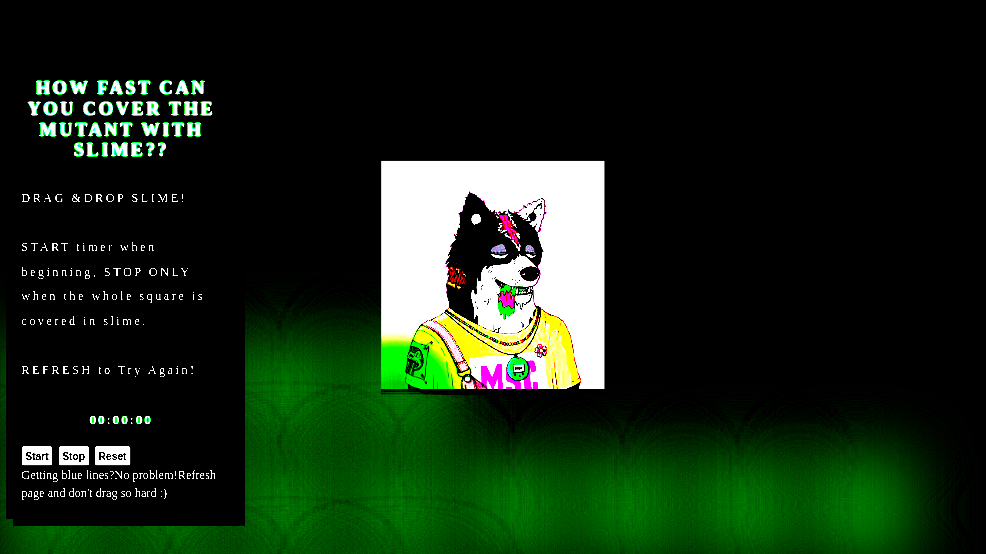
Repository: CSituma/MSCfanArt
Page: index.html
These files come from the project's save history. The page is drawn as it stood at one moment and after the next save; the edit follows.
The browser window is 1280 px wide. The pictures show the whole page, at 77% of full size.
Some web libraries are served in a nearby version.

Above is the page before, as saved 2022-02-18 05:05:56.

### index.html
<!DOCTYPE html>
<html lang="en">
  <head>
    <meta charset="UTF-8" />
    <meta name="viewport" content="width=device-width, initial-scale=1.0" />
    <link rel="stylesheet" href="style.css" />
    <title>COLOR THE MUTANT SHIBA</title>
  </head>
  <body>
    <section class="MSC_Squad">
      <div class="container">
        <div class="wrapper">
            <h2 class="glow">HOW FAST CAN YOU COVER THE MUTANT WITH SLIME??</h2>
            <p>DRAG &DROP SLIME!</p>
            <p>START timer when beginning, STOP  ONLY when the whole square is covered in slime.</p>
            <p>REFRESH to Try Again!</p>
            <p class="timer">
              <span class="mins">00</span>:<span class="seconds">00</span
              >:<span class="tens">00</span>
            </p>
            <br />
            <button class="btn-start">Start</button>
            <button class="btn-stop">Stop</button>
            <button class="btn-reset">Reset</button>
            <p class="disclaimer">Getting blue lines?No problem!Refresh page and don't drag so hard :)</p>
          </div>
        <div class="Alpha">
          <div class="Berry"> </div>
          <div class="Gaba"></div>
          <div class="LordSlabs"></div>
        </div>
        <div class="headmods">
          <div class="Vikingz"></div>
          <div class="cam"></div>
          <div class="Krmblnuggs"></div>
          <div class="shotguntobi"></div>
        </div>
        <div class="mods">
          <div class="Obo">

          </div>
          <div class="Shucks"></div>
          <div clas="Ali"></div>
          <div clas="cawee"></div>
          <div clas="cheese"></div>
          <div clas="Happy"></div>
          <div clas="Jake"></div>
          <div clas="Jpegg"></div>
          <div clas="Kishu"></div>
          <div clas="Noah"></div>
          <div clas="Smarter"></div>
          <div clas="Tia"></div>
        </div>
      </div>
    </section>
    <script src="https://code.jquery.com/jquery-3.5.1.js"></script>
    <script src="/script.js"></script>
    <script src="https://code.jquery.com/ui/1.12.1/jquery-ui.js"></script>
    <script>
      $(function () {
        $(".container div").draggable();
      });
    </script>
  </body>
</html>

### style.css
* {
    margin: 0;
    padding: 0;
    box-sizing: border-box;
}

body{
    background-color: black;
}
section {
    width: 100%;
    height: 100vh;

    display: flex;
    align-items: center;
    background: url('Images/MSC.JPG') center no-repeat;
    filter: contrast(10);
    overflow: hidden;
    justify-content: center;
}

 .headmods div, .mods div{
    width: 140px;
    filter: blur(40px);
    height: 140px;
    background: green;
    display: inline-block;
    border-bottom-left-radius: 50px;
    border:none;
    outline:none;
    animation: animate 30s ease-in-out infinite;
}

.wrapper{
    filter: none;
    z-index:10000;
    animation: animate 3s ease-in-out infinite;
    height:100%;
    position: relative;
    top:15rem;
    letter-spacing: 0.2rem;
    box-shadow: 10px 10px  black;
    background-color: black;
    color:white;
    width: 300px;

    padding:20px;
}

.wrapper button{

    padding:0.2rem;
    color: black;
    font-weight:bold;
}
.wrapper p{
line-height: 2rem;
    margin-top:2rem;
}

.wrapper .disclaimer{
margin-top: 0;
letter-spacing: 0;
line-height: 1.5rem;
}


@keyframes animate {

    0% {
        margin: 10px;
    }

    20% {
        margin: -10px;
    }
    40% {
        margin: -20px;
    }
    60% {
        margin: -30px;
    }
    80% {
        margin: -10px;
    }

    100% {
        margin: 10px;
    }

}
@keyframes animate {

    0% {
        margin: 0px;
    }

    50% {
        margin: 10px;
    }



    100% {
        margin: 0px;
    }

}


.glow, .timer{

    color: #fff;
    text-align: center;
    -webkit-animation: glow 1s ease-in-out infinite alternate;
    -moz-animation: glow 1s ease-in-out infinite alternate;
    animation: glow 1s ease-in-out infinite alternate;
  }

  @keyframes glow {
    from {
      text-shadow: 0 0 1px #fff, 0 0 2px #fff, 0 0 2.5px #00e660, 0 0 3px #e60073, 0 0 3.5px #e60073, 0 0 4px #00e660ee, 0 0 4.5px #08f36a;
    }
    to {
      text-shadow: 0 0 2px #fff, 0 0 3px #00e660a2, 0 0 3.5px #00e660, 0 0 4px #ff4da6, 0 0 4.5px #ff4da6, 0 0 5px #00e6609c, 0 0 5.5px #00e660;
    }
  }

.timer{
    color:pink;
}

/* /////RESPOSIVENES/// */

### script.js
let seconds = 00;
let tens = 00;
let mins = 00;
let getSeconds = document.querySelector(".seconds");
let getTens = document.querySelector(".tens");
let getMins = document.querySelector(".mins");
let btnStart = document.querySelector(".btn-start");
let btnStop = document.querySelector(".btn-stop");
let btnReset = document.querySelector(".btn-reset");
let interval;

btnStart.addEventListener("click", () => {
  clearInterval(interval);
  inverval = setInterval(startTimer, 10);
});
btnStop.addEventListener("click", () => {
  clearInterval(inverval);
});
btnReset.addEventListener("click", () => {
  clearInterval(inverval);
  tens = "00";
  seconds = "00";
  mins = "00";
  getSeconds.innerHTML = seconds;
  getTens.innerHTML = tens;
  getMins.innerHTML = mins;
});

function startTimer() {
  tens++;
  if (tens <= 9) {
    getTens.innerHTML = "0" + tens;
  }
  if (tens > 9) {
    getTens.innerHTML = tens;
  }
  if (tens > 99) {
    seconds++;
    getSeconds.innerHTML = "0" + seconds;
    tens = 0;
    getTens.innerHTML = "0" + 0;
  }
  if (seconds > 9) {
    getSeconds.innerHTML = seconds;
  }
  if (seconds > 59) {
    mins++;
    getMins.innerHTML = "0" + mins;
    seconds = 0;
    getSeconds.innerHTML = "0" + 0;
  }
  if (mins > 9) {
    getSeconds.innerHTML = mins;
  }
}

After the next save:
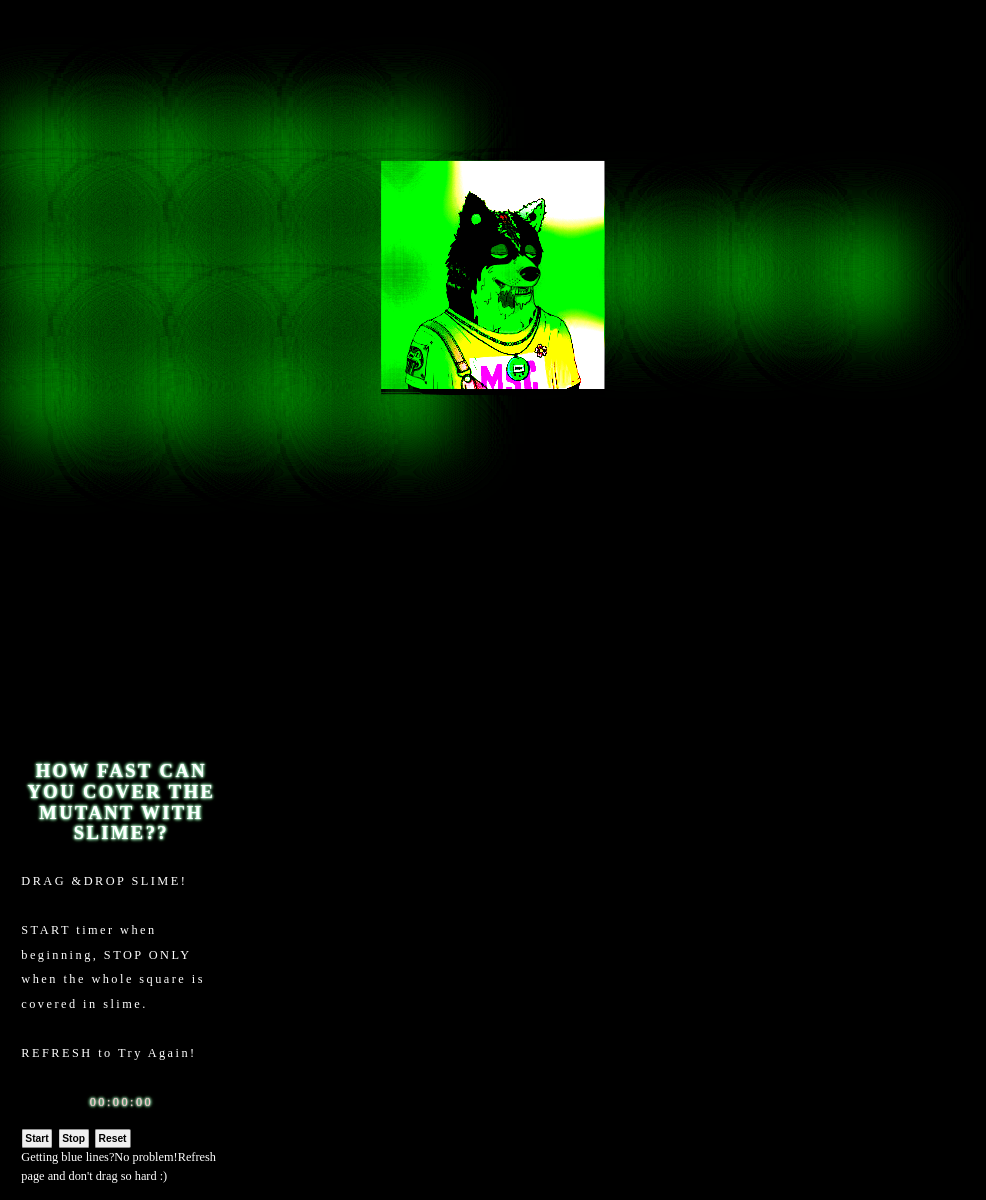
Saved 49 s later.
--- a/index.html
+++ b/index.html
@@ -9,21 +9,6 @@
   <body>
     <section class="MSC_Squad">
       <div class="container">
-        <div class="wrapper">
-            <h2 class="glow">HOW FAST CAN YOU COVER THE MUTANT WITH SLIME??</h2>
-            <p>DRAG &DROP SLIME!</p>
-            <p>START timer when beginning, STOP  ONLY when the whole square is covered in slime.</p>
-            <p>REFRESH to Try Again!</p>
-            <p class="timer">
-              <span class="mins">00</span>:<span class="seconds">00</span
-              >:<span class="tens">00</span>
-            </p>
-            <br />
-            <button class="btn-start">Start</button>
-            <button class="btn-stop">Stop</button>
-            <button class="btn-reset">Reset</button>
-            <p class="disclaimer">Getting blue lines?No problem!Refresh page and don't drag so hard :)</p>
-          </div>
         <div class="Alpha">
           <div class="Berry"> </div>
           <div class="Gaba"></div>
@@ -53,6 +38,21 @@
         </div>
       </div>
     </section>
+    <div class="wrapper">
+        <h2 class="glow">HOW FAST CAN YOU COVER THE MUTANT WITH SLIME??</h2>
+        <p>DRAG &DROP SLIME!</p>
+        <p>START timer when beginning, STOP  ONLY when the whole square is covered in slime.</p>
+        <p>REFRESH to Try Again!</p>
+        <p class="timer">
+          <span class="mins">00</span>:<span class="seconds">00</span
+          >:<span class="tens">00</span>
+        </p>
+        <br />
+        <button class="btn-start">Start</button>
+        <button class="btn-stop">Stop</button>
+        <button class="btn-reset">Reset</button>
+        <p class="disclaimer">Getting blue lines?No problem!Refresh page and don't drag so hard :)</p>
+      </div>
     <script src="https://code.jquery.com/jquery-3.5.1.js"></script>
     <script src="/script.js"></script>
     <script src="https://code.jquery.com/ui/1.12.1/jquery-ui.js"></script>
